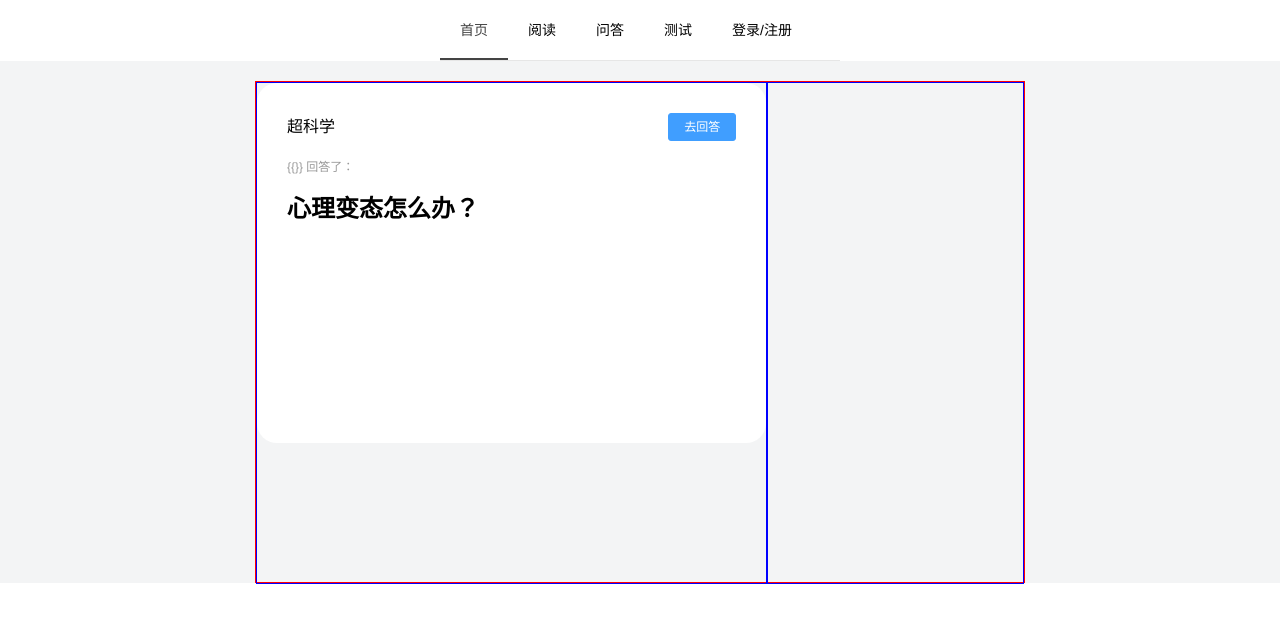
Repository: shengligo/xyx_vue_v1
Page: /qs
These files come from the project's save history. The page is drawn as it stood at one moment and after the next save; the edit follows.
The browser window is 1280 px wide. The pictures show the whole page.
The project was rebuilt for these pictures with package versions that can differ from the ones it lists, and the page was loaded fresh each time. Also part of the build but not shown: vue.config.js, src/views/home/childComps/Art.vue, src/views/author/authors.vue.

Above is the page before, as saved 2021-09-04 16:12:50.

### public/index.html
<!DOCTYPE html>
<html lang="">
  <head>
    <meta charset="utf-8">
    <meta http-equiv="X-UA-Compatible" content="IE=edge">
    <meta name="viewport" content="width=device-width,initial-scale=1.0">
    <link rel="icon" href="<%= BASE_URL %>favicon.ico">
    <title>project0000001</title>
  </head>
  <body>
    <noscript>
      <strong>We're sorry but <%= htmlWebpackPlugin.options.title %> doesn't work properly without JavaScript enabled. Please enable it to continue.</strong>
    </noscript>
    <div id="app"></div>
    <!-- built files will be auto injected -->
  </body>
</html>

### src/main.js
import Vue from 'vue'
import App from './App.vue'
import router from './router'
import store from './store'
import 'element-ui/lib/theme-chalk/index.css';
import axios from "axios";
axios.defaults.baseURL = "/api"; // http://10.1.2.85:8091/essay
axios.defaults.headers.common["Content-Type"] ="application/json;charset=UTF-8";
axios.defaults.withCredentials = true // 表示跨域请求时是否需要使用凭证
Vue.prototype.$ajax = axios;
import ElementUI from 'element-ui'

Vue.config.productionTip = false
Vue.use(ElementUI)

new Vue({
  router,
  store,
  render: h => h(App)
}).$mount('#app')

### src/App.vue
<template>
  <div id="app">
    <nav-bar ></nav-bar>
    <!-- <carousel></carousel> -->
    <!-- <art></art> -->


    <router-view></router-view>

  </div>
</template>
<script>

import NavBar from './components/common/NavBar'
import Art from '@/views/home/childComps/Art'
// import Carousel from '@/components/common/Carousel'


export default {
  name: "app",
  components:{
    NavBar,
    Art,




  }
};
</script>



<style>
@import url('assets/css/normalize.css');
#app{
  font-family: "Helvetica Neue",Helvetica,"PingFang SC","Hiragino Sans GB","Microsoft YaHei","微软雅黑",Arial,sans-serif;
}



</style>

### src/router/index.js

import Vue from 'vue'
import VueRouter from 'vue-router'
import Auther from '../views/author/authors.vue'

const Home = () => import('../views/home/Home')

const Question = () => import('../views/questions/Question')
const Read = () => import('../views/read/Read')
const Test = () => import('../views/testing/Test')
const Login = () => import('../components/common/login/Login')
const originalPush = VueRouter.prototype.push

VueRouter.prototype.push = function push(location) {
  return originalPush.call(this, location).catch(err => err)
}
// fksdljfkjdsjflsdjlfja
Vue.use(VueRouter)

const routes = [
  {
    path: '/',
    name: 'Home',
    component: Home
  },
  {
    path: '/auther',
    component: Auther
  },
  // {
  //   path: '/home',
  //   name: 'Home',
  //   component: Home
  // },

  {
    path:'/qs',
    name:'Qs',
    component:Question
  },
  {
    path:'/read',
    name:'Read',
    component:Read
  },
  {
    path:'/test',
    name:'Test',
    component:Test
  },
  {
    path:'/login',
    name:'Login',
    component:Login
  }
]

const router = new VueRouter({
  mode: 'history',
  base: process.env.BASE_URL,
  routes
})

export default router

### src/store/index.js
import Vue from 'vue'
import Vuex from 'vuex'

Vue.use(Vuex)

export default new Vuex.Store({
  state: {
    activeIndex:'1',
    baceUrl: 'http://10.1.2.85:8091/'
  },
  mutations: {
    ChangeActive (state,index) {
      // console.log(state,index)
      state.activeIndex = index
    }
  },
  actions: {
  },
  modules: {
  }
})

### src/components/common/NavBar.vue
<template>
  <div>
     <div class="nav">

       <el-menu
          :default-active="$store.state.activeIndex"
          class="el-menu-demo"
          mode="horizontal"
          text-color="#000000"
          active-text-color="#444444"
        >
          <el-menu-item index="1" @click="itemclick">首页</el-menu-item>
          <el-menu-item index="2" @click="itemclick2">阅读</el-menu-item>
          <el-menu-item index="3" @click="itemclick3">问答</el-menu-item>
          <el-menu-item index="4" @click="itemclick4">测试</el-menu-item>
          <el-menu-item index="5" @click="itemclick5">登录/注册</el-menu-item>
        </el-menu>

     </div>

  </div>
</template>

<script>


export default {

  name: "navbar",
  data() {
    return {
    }
  },
  methods:{
    itemclick(){
      console.log('itemclick');
      this.$router.push("/")
    },
    itemclick2(){
      this.$router.push("/read")
    },
    itemclick3(){
      this.$router.push("./qs")
    },
    itemclick4(){
      this.$router.push('./test')
    },
    itemclick5(){
      this.$router.push('/login')
    }

  },

};
</script>

<style scoped>
.nav{

  margin: 0 auto;
  /* background-color: rgba(217, 221, 221, 0.918);
   */
   /* background-color: #5880A9; */
  padding: 0;


}
.nav>.el-menu{
  width: 400px;
  margin: 0 auto;
  /* background-color: rgba(217, 221, 221, 0.918); */
}

</style>

### src/views/questions/Question.vue
<template>
  <div id="question">
    <div class="bodyCenter">
      <div class="bodyright">
        <div v-for="(item,index) in results" :key="index" class="rightbox">

          <div>
            <div class="answerer">
              <span>{{item.answerer}}</span>
              <el-button type="primary" size="mini">去回答</el-button>
            </div>
            <div class="time">{{}} 回答了：</div>
            <h2>{{item.title}}</h2>
          </div>
        </div>
      </div>
      <div class="bodyleft"></div>
    </div>
  </div>
</template>

<script>
export default {
  name: "question",
  data() {
    return {
      results: [
        {
          title: "心理变态怎么办？",
          quizzer: "花开富贵",
          quizContent: "心理超级变态是不是没救了",
          quizType: null,
          status: null,
          label: null,
          answerer: "超科学",
          answerContent:
            "心理变态不是病，只要你不傻逼就行心理变态不是病，只要你不傻逼就行心理变态不是病，只要你不傻逼就行心理变态不是病，只要你不傻逼就行心理变态不是病，只要你不傻逼就行心理变态不是病，只要你不傻逼就行心理变态不是病，只要你不傻逼就行心理变态不是病，只要你不傻逼就行心理变态不是病，只要你不傻逼就行",
          likePoint: 0
        }
      ]
    };
  }
};
</script>

<style scoped>
#question {
  width: 100%;
  height: 100%;
  padding-top: 20px;
  background-color: rgb(243, 244, 245);
}
.bodyCenter {
  width: 60%;
  height: 500px;
  margin: 0 auto;
  display: flex;
  border: 1px solid red;
}
.bodyright {
  border: 1px solid blue;
  /* width: 40%; */
  flex: 2;
  height: 500px;
}
.bodyleft {
  border: 1px solid blue;
  /* width: 20%; */
  flex: 1;
  height: 500px;
}
.rightbox {
  height: 300px;
  width: calc(100% - 60px);
  padding: 30px;
  border-radius: 20px;
  background-color: #fff;
}
.answerer {
  display: flex;
  justify-content: space-between;
  line-height: 28px;
}
.time {
  margin-top: 20px;
  font-size: 12px;
  color: #999;
}
</style>

Loaded but not shown: src/assets/css/normalize.css (library)

After the next save:
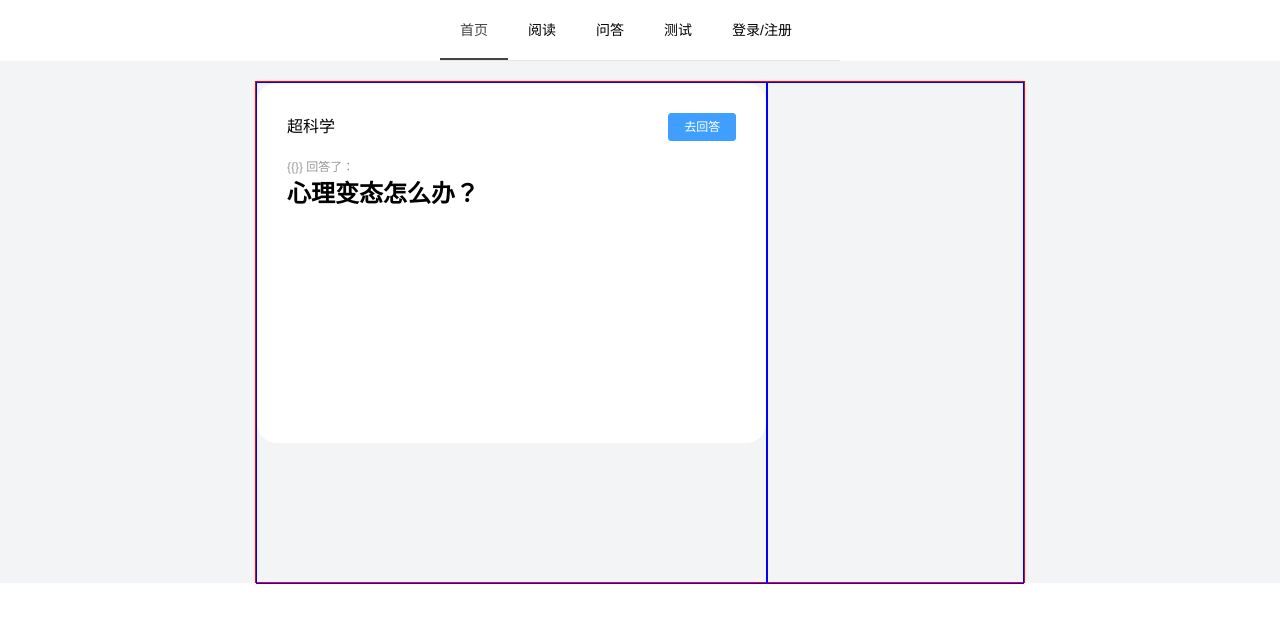
Saved 42 s later.
--- a/src/views/questions/Question.vue
+++ b/src/views/questions/Question.vue
@@ -10,7 +10,7 @@
               <el-button type="primary" size="mini">去回答</el-button>
             </div>
             <div class="time">{{}} 回答了：</div>
-            <h2>{{item.title}}</h2>
+            <h2 class="title">{{item.title}}</h2>
           </div>
         </div>
       </div>
@@ -86,4 +86,7 @@ export default {
   font-size: 12px;
   color: #999;
 }
+.title {
+  margin-top: 5px;
+}
 </style>
